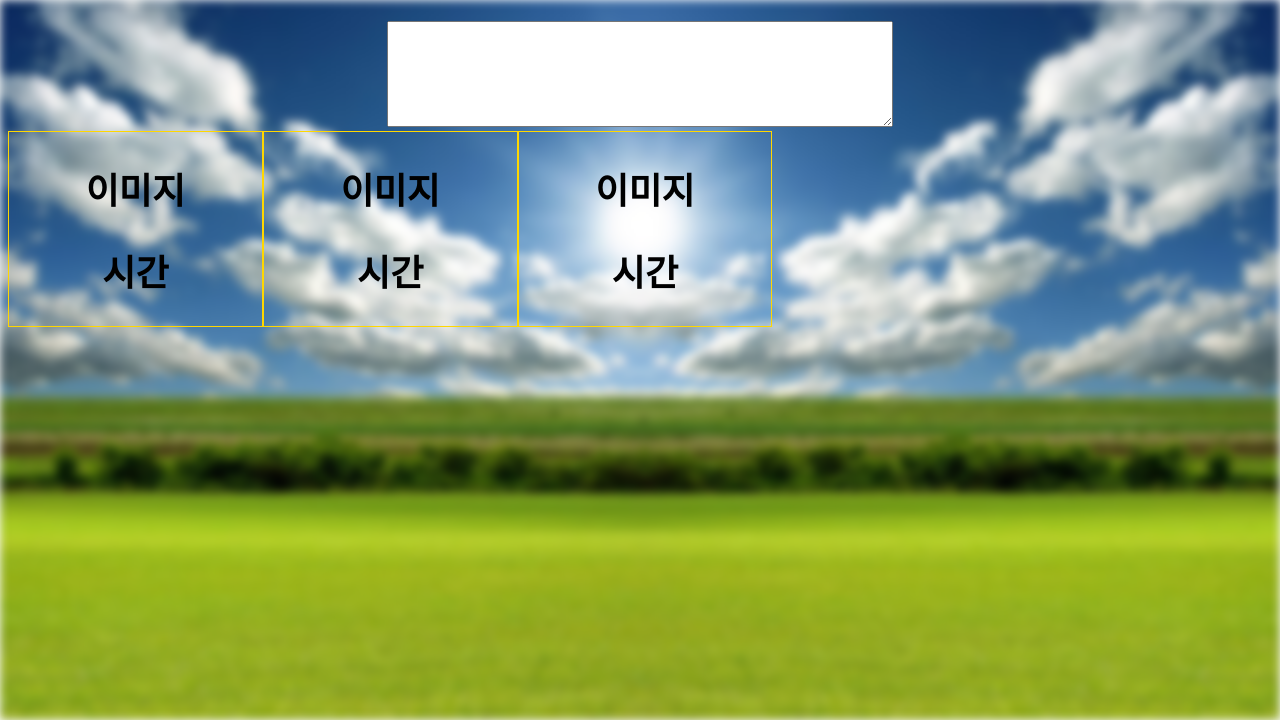
Repository: RyoTTa/4-1-Web-Programming
Page: SoloProject/Project/WebContent/index.html
An editor plug-in stored every save of this project. The page is shown before and after the next save, followed by the edit.
The browser window is 1280 px wide. The pictures show the whole page.
The page's requests for data from a server got no answer.

Above is the page before, as saved 2020-05-05 14:38:09.

### SoloProject/Project/WebContent/index.html
<!DOCTYPE html>
<html>
<head>
	<meta charset="UTF-8">
	<script src="https://ajax.googleapis.com/ajax/libs/jquery/3.4.1/jquery.min.js"></script>
	<link type="text/css" rel="stylesheet" href="background.css"></link>
	<title>Insert title here</title>
</head>
<body>
	<div>
		<center>
			<div><h2 id="current_time" ></h2></div>
			<div><h1 id="current_temp"></h1></div>
			<div><h1 id="current_weather"></h1></div>
			<div><textarea id="chatLog" class="contents" readonly style="width:500px; height:100px"></textarea></div>
		</center>

		<div style="border: 1px solid gold; float: left; width: 20%;"><h2 id="current_time" >
			<center>
				<div>
					<h2>이미지</h2>
				</div>
				<div>
					<h2>시간</h2>
				</div>
			</center>
		</div>
		<div style="border: 1px solid gold; float: left; width: 20%;"><h2 id="current_time" >
			<center>
				<div>
					<h2>이미지</h2>
				</div>
				<div>
					<h2>시간</h2>
				</div>
			</center>
		</div>
		<div style="border: 1px solid gold; float: left; width: 20%;"><h2 id="current_time" >
			<center>
				<div>
					<h2>이미지</h2>
				</div>
				<div>
					<h2>시간</h2>
				</div>
			</center>
		</div>

	</div>




   	<!----script 부분---->
	<script>
		function parseWeather(){
			forecast_loadJSON(function(response){
				var jsonData = JSON.parse(response);
				var date = new Date(jsonData["list"][0]["dt_txt"]);
				date.setHours(date.getHours()+9)
				for(i = 0; i<7 ;i++){
					$("#chatLog").append("도시 : " + jsonData.city.name + "\n"
							+ "기온 : " + (jsonData["list"][i]["main"]["temp"] - 273.15) + "\n"
							+ "시간 : " + date + "\n"
							+ "날씨 : " + jsonData["list"][i]["weather"][0]["main"] + "\n\n\n");
					date.setHours(date.getHours()+3)
				}

			});

			weather_loadJSON(function(response){
				var jsonData = JSON.parse(response);
				var date = new Date();
				$("#current_time").text(date);
				$("#current_temp").text((jsonData["main"]["temp"] - 273.15)+"°C");
				$("#current_weather").text(jsonData["weather"][0]["main"]);
				$("#chatLog").append("도시 : " + jsonData.name + "\n"
						+ "기온 : " + (jsonData["main"]["temp"] - 273.15) + "\n"
						+ "날씨 : " + jsonData["weather"][0]["main"] + "\n\n\n");
			});
		}
		function forecast_loadJSON(callback){
			var apiURL ="http://api.openweathermap.org/data/2.5/forecast?q=Daegu,KR&cnt=7&appid=dc8d5f394054b66bd905f0d24fc95a3d "
			var request = new XMLHttpRequest();
			request.overrideMimeType("application/json");
			request.open('GET',apiURL, true);

			request.onreadystatechange = function(){
				if(request.readyState == 4 && request.status =="200"){
					callback(request.responseText);
				}
			};
			request.send(null);
		}

		function weather_loadJSON(callback){
			var apiURL ="http://api.openweathermap.org/data/2.5/weather?q=Daegu,KR&appid=dc8d5f394054b66bd905f0d24fc95a3d "
			var request = new XMLHttpRequest();
			request.overrideMimeType("application/json");
			request.open('GET',apiURL, true);

			request.onreadystatechange = function(){
				if(request.readyState == 4 && request.status =="200"){
					callback(request.responseText);
				}
			};
			request.send(null);
		}
		window.onload = function(){
			parseWeather();
		}

	</script>

</body>
</html>

### SoloProject/Project/WebContent/background.css
body::before {
	position: fixed;
	top: 0;
	left: 0;
	right: 0;
	bottom: 0;
	background-image: url("./background/clean.jpg");
	background-size: cover;
	-webkit-filter: blur(5px);
	-moz-filter: blur(5px);
	-o-filter: blur(5px);
	-ms-filter: blur(5px);
	filter: blur(5px);
	z-index: -1;
	content: "";
}

.contents[id="01"] {
    position: absolute;
    left:50%;
    top:20%;
    z-index: 3;
}

After the next save:
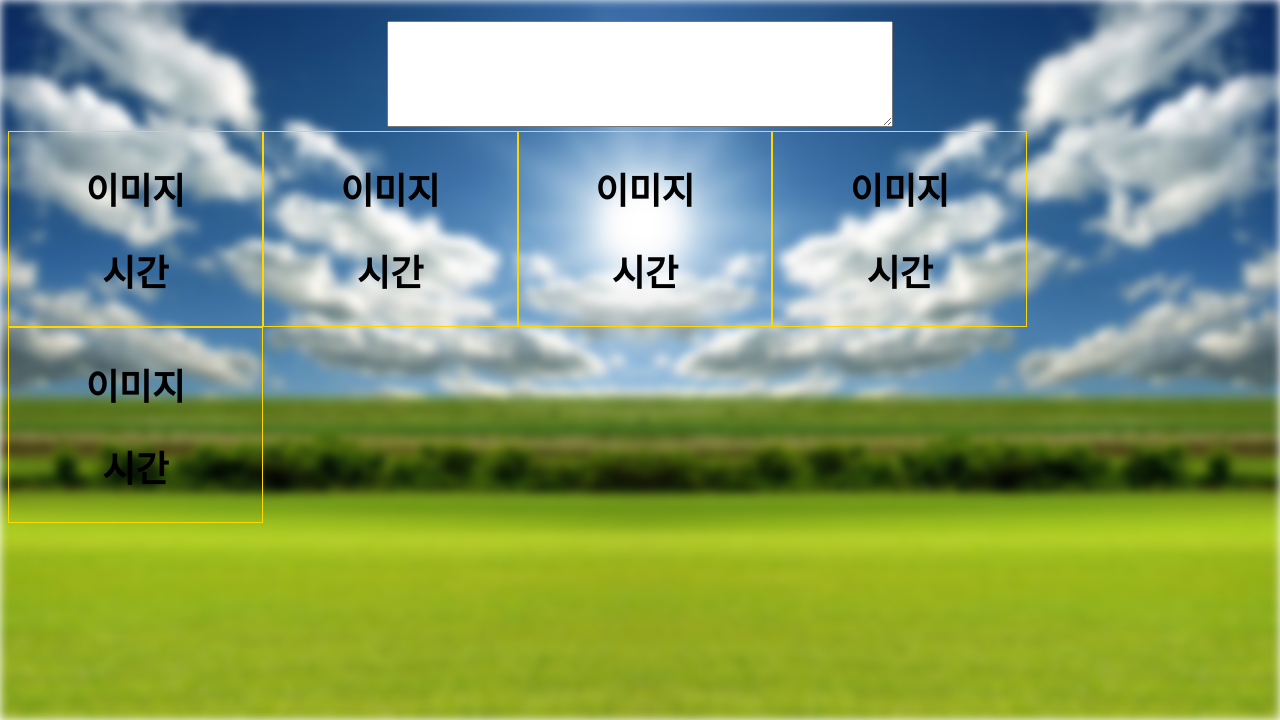
Saved 7 s later.
--- a/SoloProject/Project/WebContent/index.html
+++ b/SoloProject/Project/WebContent/index.html
@@ -15,6 +15,26 @@
 			<div><textarea id="chatLog" class="contents" readonly style="width:500px; height:100px"></textarea></div>
 		</center>
 
+		<div style="border: 1px solid gold; float: left; width: 20%;"><h2 id="current_time" >
+			<center>
+				<div>
+					<h2>이미지</h2>
+				</div>
+				<div>
+					<h2>시간</h2>
+				</div>
+			</center>
+		</div>
+		<div style="border: 1px solid gold; float: left; width: 20%;"><h2 id="current_time" >
+			<center>
+				<div>
+					<h2>이미지</h2>
+				</div>
+				<div>
+					<h2>시간</h2>
+				</div>
+			</center>
+		</div>
 		<div style="border: 1px solid gold; float: left; width: 20%;"><h2 id="current_time" >
 			<center>
 				<div>
